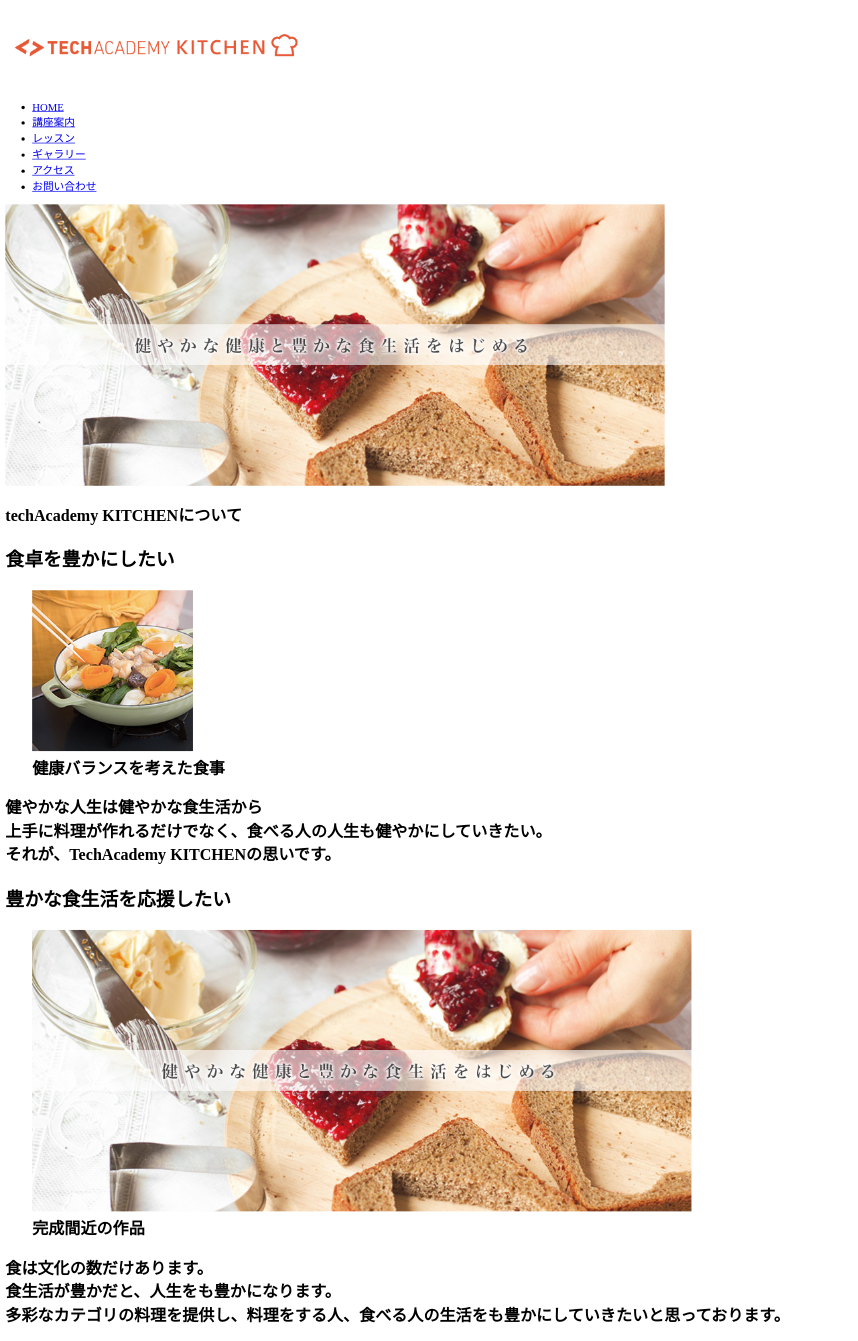
Repository: natsumi-hironaka/micropostsnatsu
Page: images_kitchen/kitchen.html
The author's editor kept a record of every edit. The page is drawn from the files as they stood at one moment, then again after the next edit.
The browser window is 1280 px wide. The pictures show the whole page, at 67% of full size.

Above is the page before.

After the next edit:
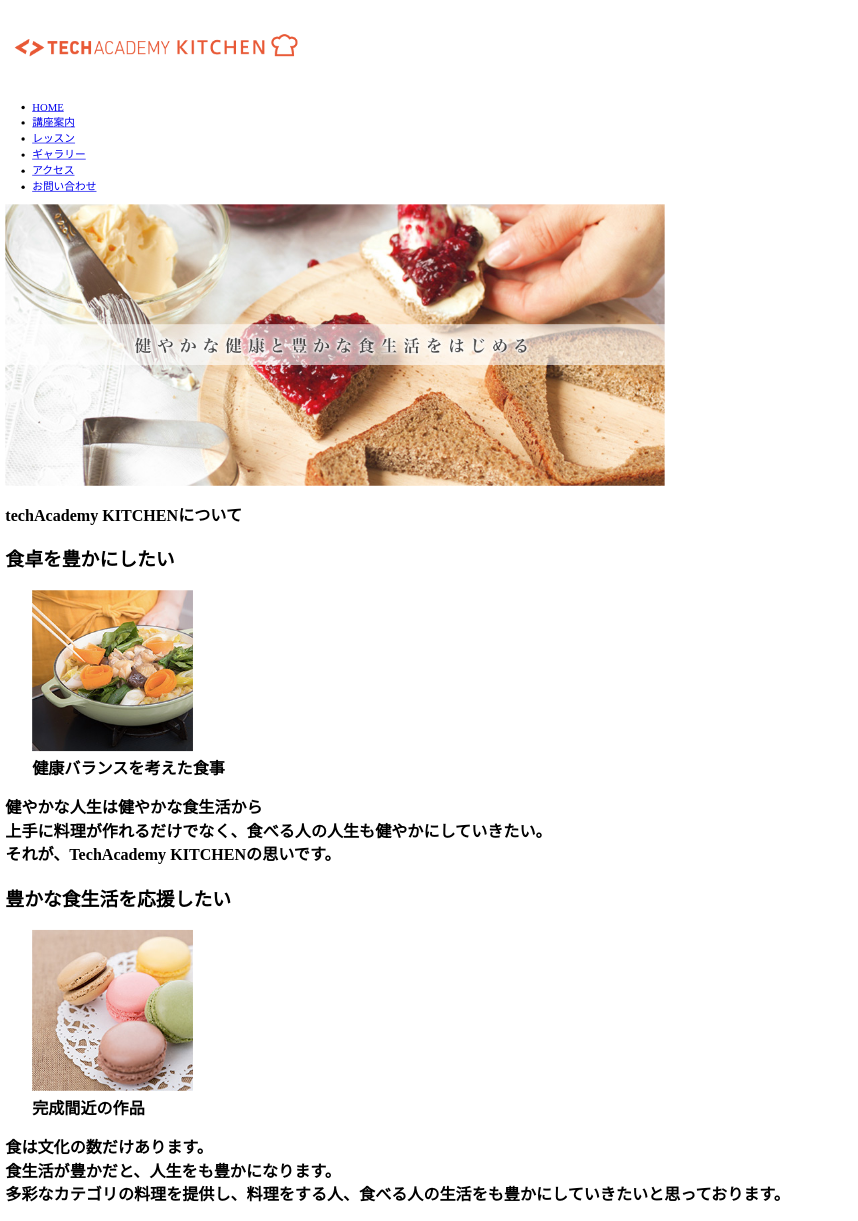
The edit:
--- a/images_kitchen/kitchen.html
+++ b/images_kitchen/kitchen.html
@@ -40,7 +40,7 @@
                     <section>
                         <h3>豊かな食生活を応援したい</h3>
                         <figure>
-                            <img src="images_kitchen/main_visual.jpg" alt="TechAcademy KITCHENについて2">
+                            <img src="images_kitchen/photo02.jpg" alt="TechAcademy KITCHENについて2">
                             <figcaption>完成間近の作品</figcaption>
                         </figure>
                         <p>
